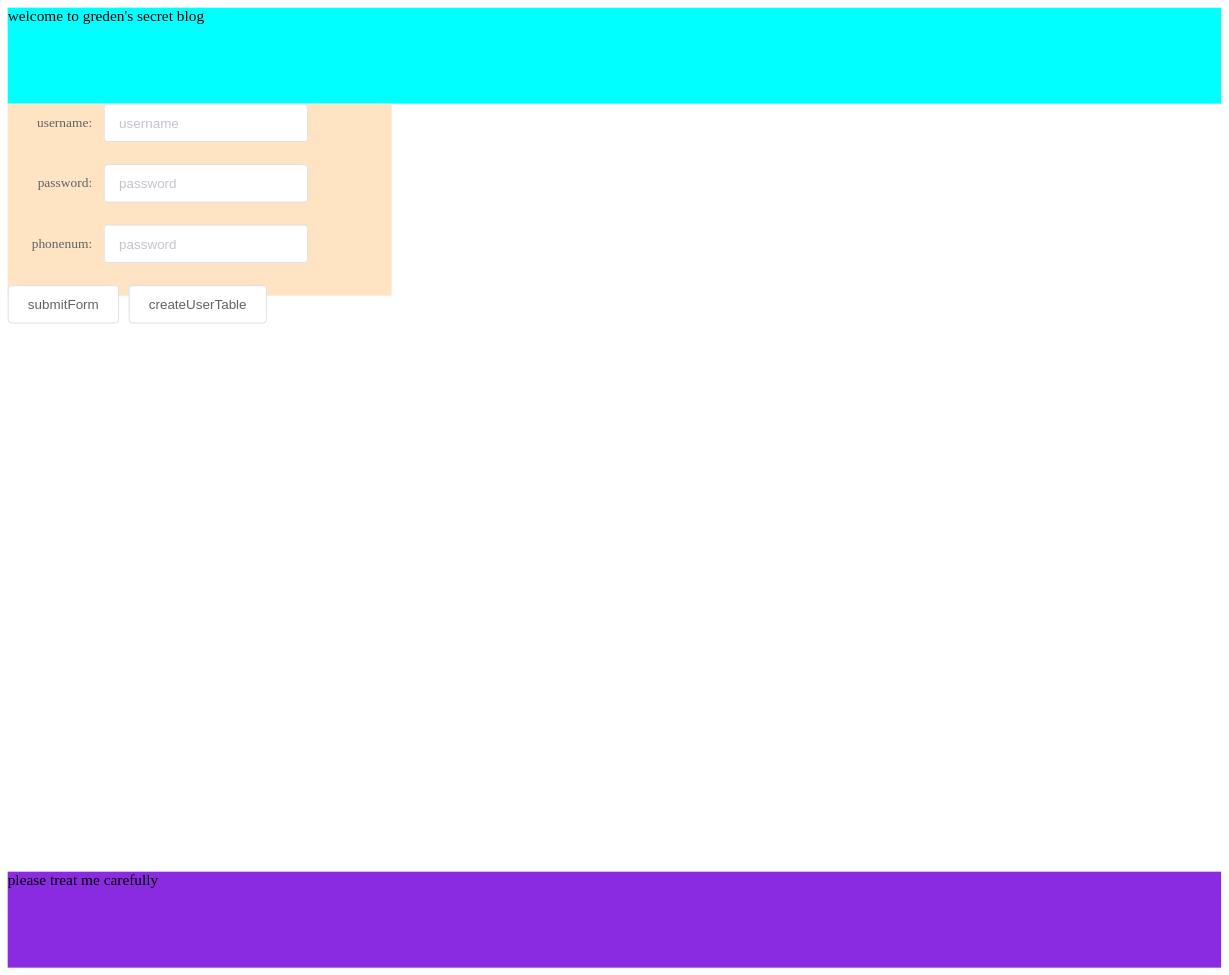
Repository: greden0814/myBlog
Page: /
An editor plug-in stored every save of this project. The page is shown before and after the next save, followed by the edit.
The browser window is 1280 px wide. The pictures show the whole page, at 96% of full size.
The project was rebuilt for these pictures with package versions that can differ from the ones it lists, and the page was loaded fresh each time.

Above is the page before, as saved 2021-07-15 09:44:44.

### index.html
<!DOCTYPE html>
<html>
  <head>
    <meta charset="utf-8">
    <meta name="viewport" content="width=device-width,initial-scale=1.0">
    <title>myblog</title>
  </head>
  <body>
    <div id="app"></div>
    <!-- built files will be auto injected -->
  </body>
</html>

### src/main.js
// The Vue build version to load with the `import` command
// (runtime-only or standalone) has been set in webpack.base.conf with an alias.
import Vue from 'vue'
import App from './App'
import router from './router'
import ElementUI from 'element-ui'
import axios from 'axios'
import 'element-ui/lib/theme-chalk/index.css'

Vue.use(ElementUI)
Vue.config.productionTip = false
Vue.prototype.$axios = axios

/* eslint-disable no-new */
new Vue({
  el: '#app',
  router,
  components: { App },
  template: '<App/>'
})

### src/App.vue
<template>
  <div id="app">
    <!-- <img src="./assets/logo.png"> -->
    <router-view/>
  </div>
</template>

<script>
export default {
  name: 'App'
}
</script>

<style></style>

### src/router/index.js
import Vue from 'vue'
import Router from 'vue-router'

Vue.use(Router)

export default new Router({
  routes: [
    {
      path: '/',
      name: 'login',
      component: () => import('@/views/login')
    }, {
      path: '/pages/indexPage',
      name: 'myblog',
      component: () => import('@/views/indexPage')
    }, {
      path: '/pages/myInfo',
      name: 'myInfo',
      component: () => import('@/views/myInfo')
    }
  ]
})

### src/views/login/index.vue
<template>
  <div class="loginPage">
    <div class="header">welcome to greden's secret blog</div>
    <div class="body">
      <div class="loginZone">
        <el-form ref="ruleForm" :model="ruleForm" label-width="100px" inline>
          <el-form-item label="username: ">
            <el-input v-model="ruleForm.username" placeholder="username" />
          </el-form-item>
          <el-form-item label="password: ">
            <el-input v-model="ruleForm.password" placeholder="password" />
          </el-form-item>
          <el-form-item label="phonenum: ">
            <el-input v-model="ruleForm.phonenum" placeholder="password" />
          </el-form-item>
          <el-button @click="submitForm">submitForm</el-button>
          <el-button @click="createUserTable">createUserTable</el-button>
        </el-form>
        {{ submit }}
      </div>
    </div>
    <div class="footer">please treat me carefully</div>
  </div>
</template>

<script>
export default {
  data() {
    return {
      ruleForm: {
        username: "",
        password: "",
        phonenum: "",
      },
      submit: "",
    };
  },
  created() {},
  methods: {
    submitForm() {
      this.submit = "already submit";
      this.$axios({
        method: "post",
        xhrFields: {
          withCredentials: true,
        },
        headers: {
          // "Content-Type" : 'application/x-www-form-urlencoded'
          "Content-Type": "application/json",
        },
        data: {
          username: this.ruleForm.username,
          password: this.ruleForm.password,
          phonenum: this.ruleForm.phonenum,
        },
        url: "http://localhost:3000/api/signin",
      }).then((res) => {
        console.log(res);
      });
    },
    createUserTable() {
      this.submit = "already submit";
      this.$axios({
        method: "get",
        xhrFields: {
          withCredentials: true,
        },
        headers: {
          // "Content-Type" : 'application/x-www-form-urlencoded'
          "Content-Type": "application/json",
        },
        // data: {
        //   username: this.ruleForm.username,
        //   password: this.ruleForm.password,
        //   phonenum: this.ruleForm.phonenum,
        // },
        url: "http://localhost:3000/api/createusertable",
      }).then((res) => {
        console.log(res);
      });
    },
  },
};
</script>

<style lang="less" scoped>
.loginPage {
  .header {
    height: 100px;
    background-color: aqua;
  }
  .body {
    height: 800px;
    .loginZone {
      height: 200px;
      width: 400px;
      background-color: bisque;
    }
  }
  .footer {
    height: 100px;
    background-color: blueviolet;
  }
}
</style>

After the next save:
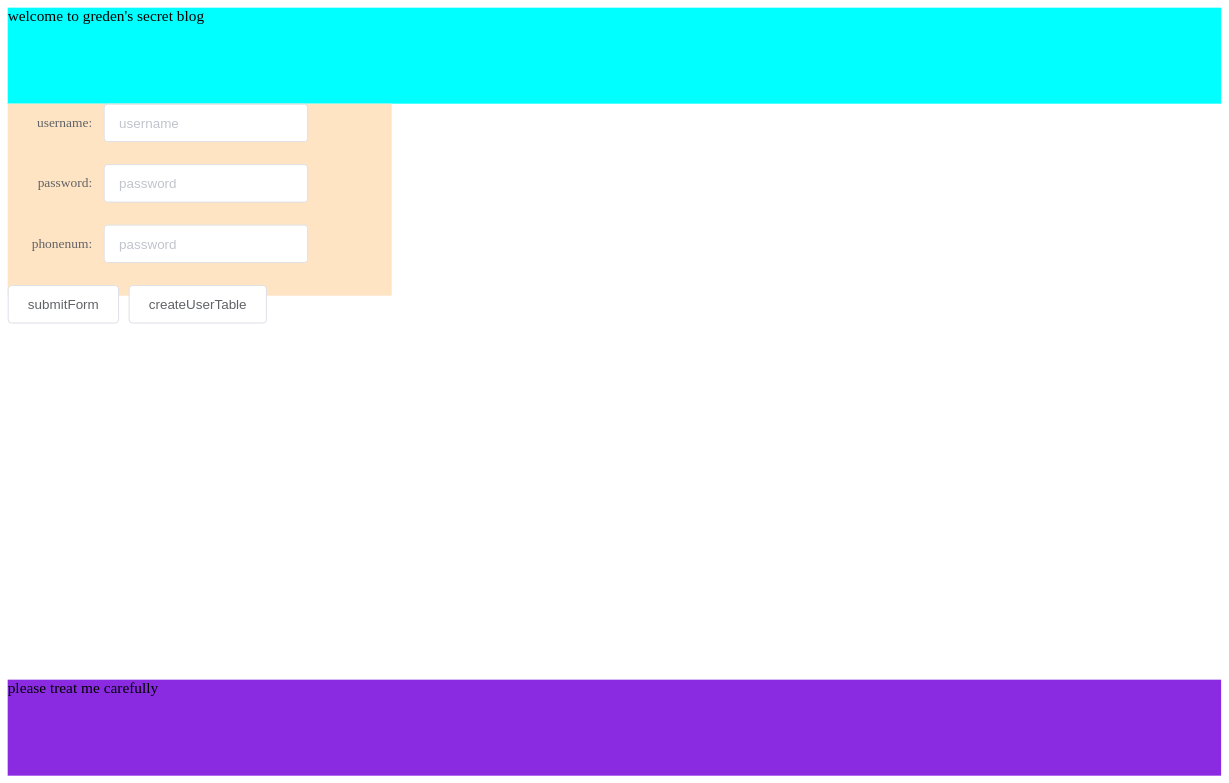
Saved 15 s later.
--- a/src/views/login/index.vue
+++ b/src/views/login/index.vue
@@ -90,7 +90,7 @@ export default {
     background-color: aqua;
   }
   .body {
-    height: 800px;
+    height: 600px;
     .loginZone {
       height: 200px;
       width: 400px;
